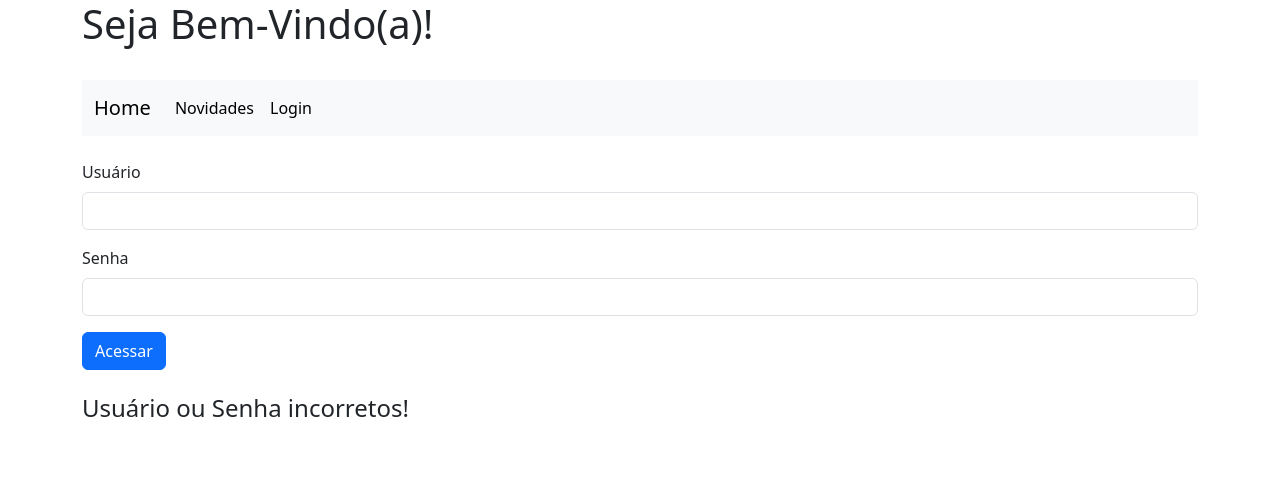
Repository: DianeMascarello/Uc09Senai
Page: http://localhost/SA3Uc09/ServletLogin
These files come from the project's save history. The page is drawn as it stood at one moment and after the next save; the edit follows.
The browser window is 1280 px wide. The pictures show the whole page.
The page is served by Tomcat 10.

Above is the page before, as saved 2023-08-14 00:59:56.

After the next save:
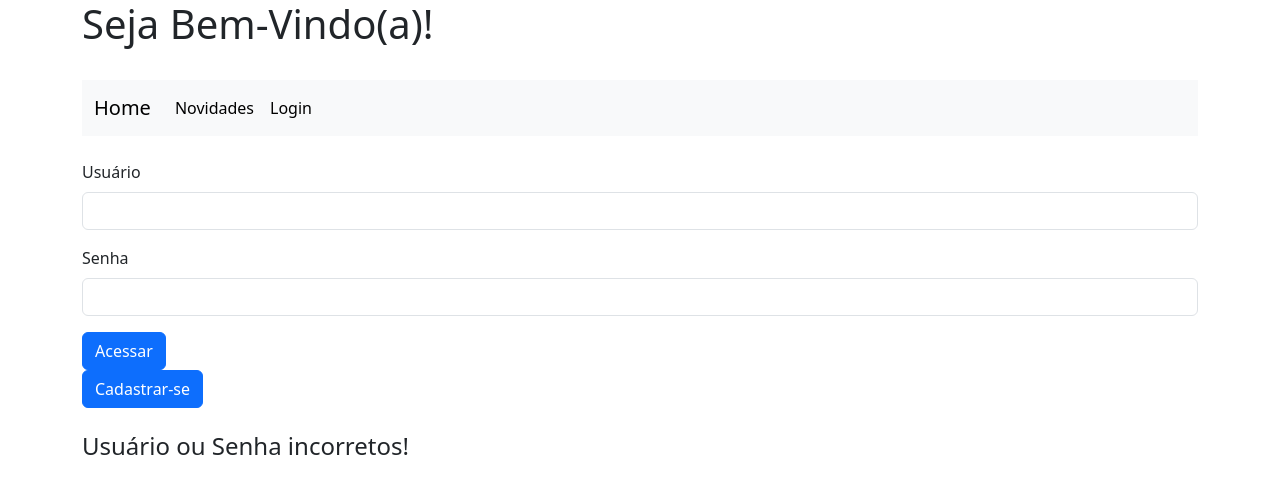
Saved 7 min 1 s later.
--- a/SA3Uc09/src/main/webapp/login.jsp
+++ b/SA3Uc09/src/main/webapp/login.jsp
@@ -50,13 +50,12 @@
 				<input type="password" class="form-control" name="senha"
 					id="exampleInputPassword1">
 			</div>
-<!-- 			<div class="mb-3 form-check"> -->
-<!-- 				<input type="checkbox" class="form-check-input" id="exampleCheck1"> -->
-<!-- 				<label class="form-check-label" for="exampleCheck1">Manter-me -->
-<!-- 					logado</label> -->
-<!-- 			</div> -->
 			<button type="submit" data-bs-toggle="modal"
 				data-bs-target="#errorModal" class="btn btn-primary">Acessar</button>
+		</form>
+		<form action="Cadastro" method="post">
+				<button type="submit" data-bs-toggle="modal"
+				data-bs-target="#errorModal" class="btn btn-primary">Cadastrar-se</button>
 		</form>
 		<br>
 
